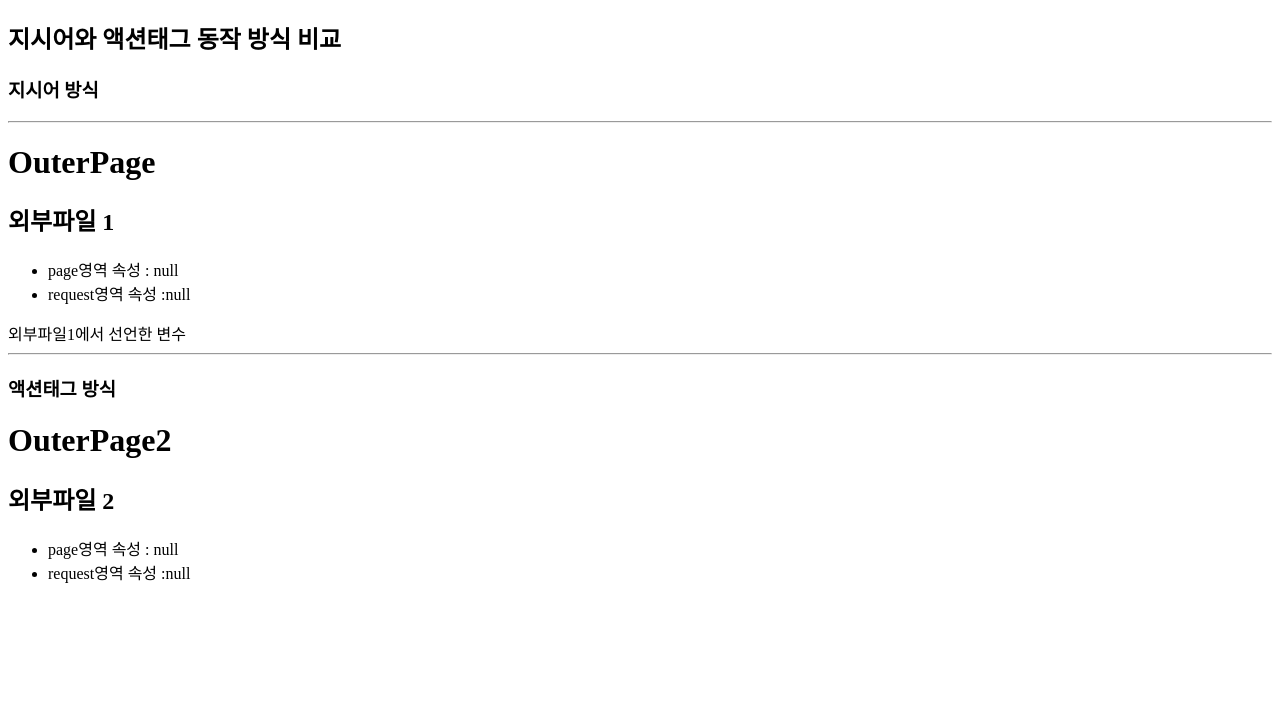
Repository: cheez0909/JSP
Page: http://localhost/1103/actionTag/includeMain.jsp
An editor plug-in stored every save of this project. The page is shown before and after the next save, followed by the edit.
The browser window is 1280 px wide. The pictures show the whole page.
The page is served by Tomcat 9.

Above is the page before, as saved 2023-11-09 07:52:18.

After the next save:
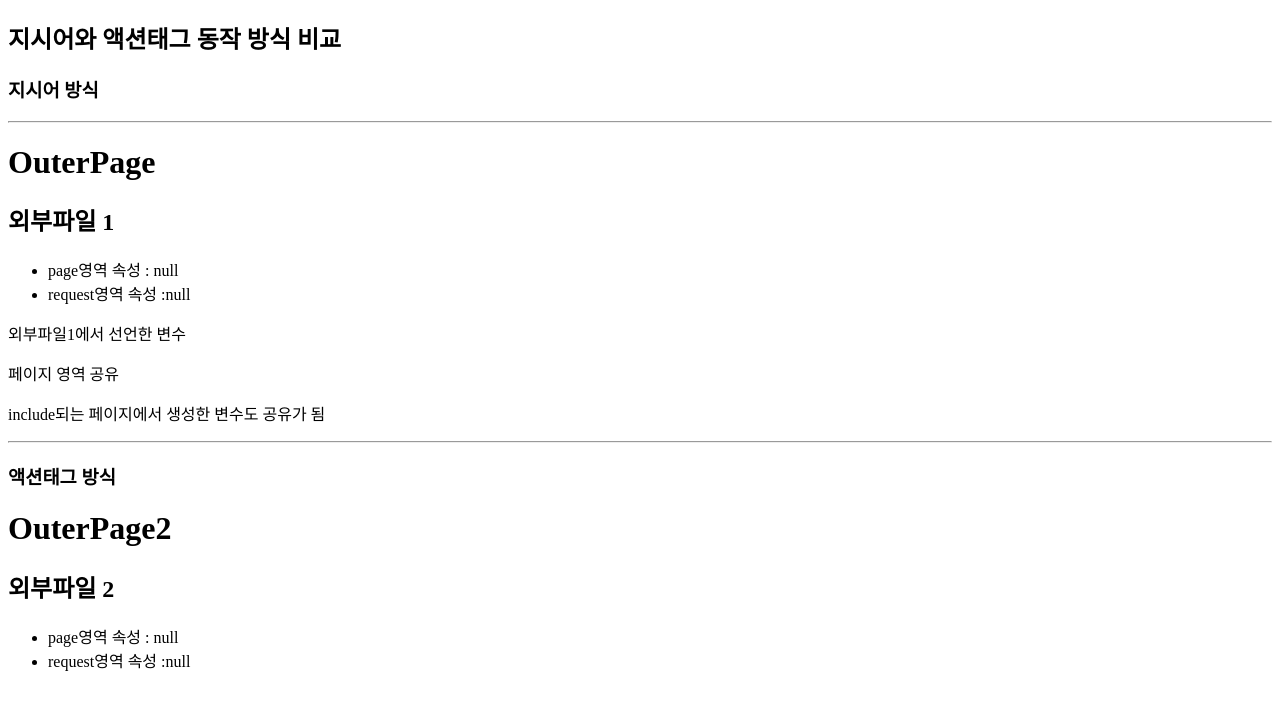
Saved 53 s later.
--- a/1103/src/main/webapp/actionTag/includeMain.jsp
+++ b/1103/src/main/webapp/actionTag/includeMain.jsp
@@ -16,6 +16,8 @@
 <hr>
 <%@ include file = "inc/OuterPage.jsp" %>
 <%=newVar1 %>
+<p>페이지 영역 공유</p>
+<p>include되는 페이지에서 생성한 변수도 공유가 됨</p>
 <hr>
 <h3>액션태그 방식</h3>
 <jsp:include page="inc/OuterPage2.jsp"></jsp:include>
